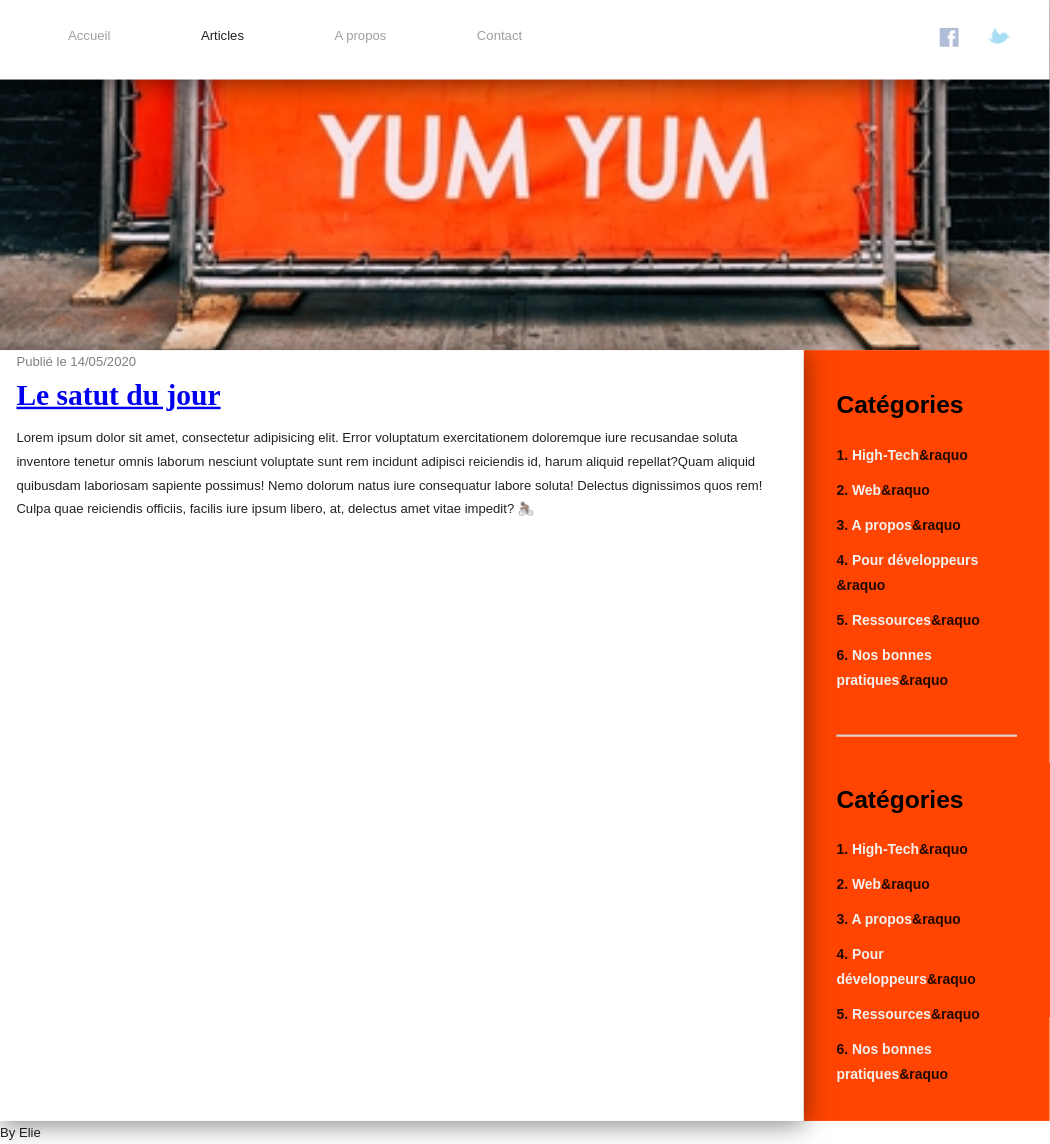
Repository: Elie-Dey/blog-train
Page: article.html
The author's editor kept a copy of each file at every save. The page is drawn from the files as they stood at one save, then again after the next save.
The browser window is 1280 px wide. The pictures show the whole page, at 82% of full size.

Above is the page before, as saved 2020-06-17 23:33:18.

### article.html
<!DOCTYPE html>
<html lang="en">
<head>
    <meta charset="UTF-8">
    <meta name="viewport" content="width=device-width, initial-scale=1.0">
    <link rel="stylesheet" href="style.css">
    <title>Mon blog</title>
</head>
<body>
    <header class="topbar">
        <nav>
            <a href="index.html">Accueil</a>
            <a href="articles.html" class="active"> Articles</a>
            <a href="about.html">A propos</a>
            <a href="apropos.html">Contact</a>
        </nav>
        <div class="social">
            <a href="#"> <img src="images/fb.png" alt="Facebook"></a>
            <a href="#"> <img src="images/twitter.png" alt="Twitter"></a>
        </div>
    </header>
    <div class="banniere"></div>
   <div class="body">
    <main class="main">
        <div class="container">

              <div class="article-date">Publié le 14/05/2020</div>
              <h2 class="article-title">  <a href="#">    Le satut du jour</a>  </h2>
              <p>
                  Lorem ipsum dolor sit amet, consectetur adipisicing elit. Error voluptatum exercitationem doloremque iure recusandae soluta inventore tenetur omnis laborum nesciunt voluptate sunt rem incidunt adipisci reiciendis id, harum aliquid repellat?Quam aliquid quibusdam laboriosam sapiente possimus! Nemo dolorum natus iure consequatur labore soluta!
                  Delectus dignissimos quos rem! Culpa quae reiciendis officiis, facilis iure ipsum libero, at, delectus amet vitae impedit? &#128692;&#127999;
              </p>
          </article>


        </div>
     </main>

    <aside class="sidebar">
        <h4 class="sidebar-title">Catégories</h4>
        <ul>
            <li><a href="#">High-Tech</a></li>
            <li><a href="#">Web</a></li>
            <li><a href="#">A propos</a></li>
            <li><a href="#">Pour développeurs </a></li>
            <li><a href="#">Ressources</a></li>
            <li><a href="#">Nos bonnes pratiques</a></li>
        </ul>
        <hr>
        <h4 class="sidebar-title">Catégories</h4>
        <ul>
            <li><a href="#">High-Tech</a></li>
            <li><a href="#">Web</a></li>
            <li><a href="#">A propos</a></li>
            <li><a href="#">Pour développeurs</a></li>
            <li><a href="#">Ressources</a></li>
            <li><a href="#">Nos bonnes pratiques</a></li>
        </ul>


    </aside>
</div>
    <footer class="footer">
        By Elie
    </footer>
</body>
</html>

### style.css
/*
* Prefixed by https://autoprefixer.github.io
* PostCSS: v7.0.29,
* Autoprefixer: v9.7.6
* Browsers: last 4 version,ie > 8
*/

*{
    -webkit-box-sizing: border-box;
            box-sizing: border-box;
}
body, html
{
    margin: 0;
    font-size: 16px;
    font-family: 'Montserrat Alternates', sans-serif;
    color: rgba(0, 0, 0, .87);
    line-height: 1.8;

}
.topbar{

    position: fixed;
    top: 0;
    right: 0;
    left: 0;
    width: 100%;
    background-color: white;
    padding: 30px ;
    z-index: 3;
    font-family: 'Montserrat Alternates', sans-serif;
    font-weight: 700;
    -webkit-box-shadow: 0 4px 30px rgba(0, 0, 0, .5);
            box-shadow: 0 4px 30px rgba(0, 0, 0, .5);

}
.topbar nav{
    float: left;

}
.topbar nav a {
    color: #9f9f9f;
    text-decoration: none;
    font-weight: 500;
    padding: 0 53px;
}

.topbar nav a:hover , .topbar nav a.active{
    color:  rgba(0, 0, 0, .87);
}

 .social {
    float: right;
}

.social a
{
    padding: 0 12px;
    opacity: .4;
}
.social a:hover
{
    opacity: 1;
}

.banniere {
    height: 427px;
    background: no-repeat center center / cover url("images/banniere.jpg");
}
.body
{
    display: -webkit-box;
    display: -ms-flexbox;
    display: flex;
}
.main
{

    width: calc(100% - 300px);
    background: white;
    -webkit-box-shadow: 0 4px 30px rgba(0, 0, 0, .5);
            box-shadow: 0 4px 30px rgba(0, 0, 0, .5);
    position: relative;
    z-index: 2;


}
.sidebar
{

    background:rgb(255, 69, 1);
    width: 300px;
    padding: 40px;
    font-size: 17px;
    font-weight: 700;
    position: relative;
    z-index: 1;
}
.sidebar ul
{
    counter-reset: sidebarlist;
}

.sidebar li::before
{
    counter-increment: sidebarlist;
    content: counter(sidebarlist) ". ";
}
.sidebar li::after
{
    content:
    '&raquo';
}
.sidebar-title
{
    font-size: 30px;
    color: black;
    margin: 20px 0;
}
.sidebar a
{
    text-decoration: none;
    color: rgb(243, 241, 239);

}
.sidebar ul
{
    margin: 0;
    padding: 0;
    list-style: none;

}
.sidebar li
{
    padding: 6px 0;
}
.sidebar li:first-child
{
    padding-top: 0;
}

.sidebar li:last-child
{
    padding-bottom: 0;
}
.sidebar a:hover
{
    text-decoration: underline;
}

.sidebar hr
{
    border-color:none;
    background: white;
    height: 1px;
    margin: 50px 0;


}

.sidebar-title:first-child
{
    margin-top: 0;
}


.article
{
    position: relative;
    overflow: hidden;
    margin: 50px 0;
    padding-left: 225px;
    min-height: 225px;

}
.article p
{
    font-family: 'Montserrat Alternates', sans-serif;
    font-weight: 500;
}
.article p::first-letter
{
    font-size: 2em;
    font-weight: bold;
}
.container
{
    max-width: 940px;
    margin: 0 auto;
}
.article a
{
    color: inherit;
    text-decoration: none;
}
.article a:hover
{
    text-decoration: underline;
}
.article-img
{
    position: absolute;
    left: 0;
    top: 0;
    width: 200px;
    margin-right: 25px;
}
.article-title
 {
    font-size: 2.25rem;
    line-height: 1.2;
    font-family: "Cardo", serif;
    margin: 0 0 15px 0;
 }
.article-date
{
    font-weight: 300;
    color: rgba(0, 0, 0, .5);
    margin-bottom: 5px;
}
.article-img img
{
    width: 100%;
    height: auto;
}
.footer
{
    clear: both;
}

After the next save:
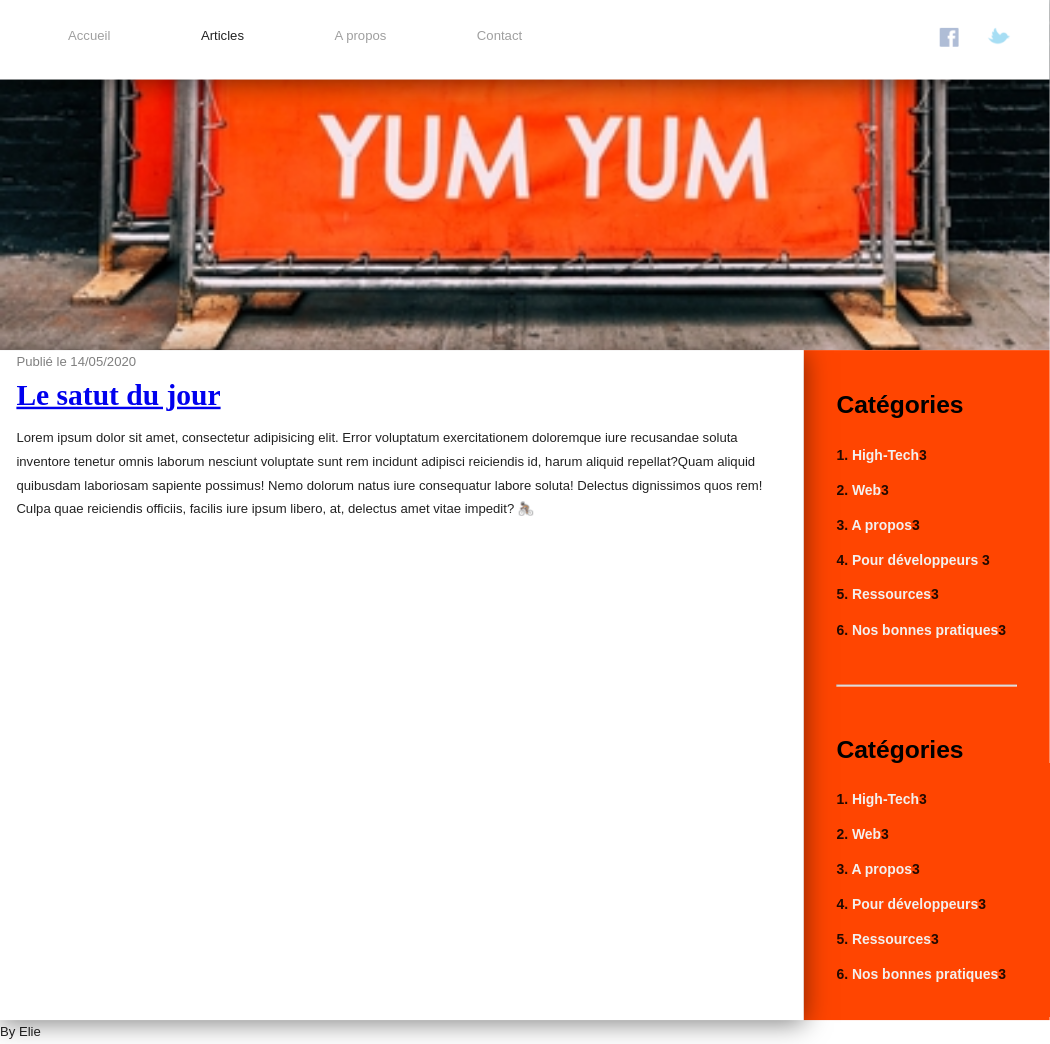
Saved 15 s later.
--- a/style.css
+++ b/style.css
@@ -108,8 +108,7 @@ body, html
 }
 .sidebar li::after
 {
-    content:
-    '&raquo';
+    content: '3';
 }
 .sidebar-title
 {
